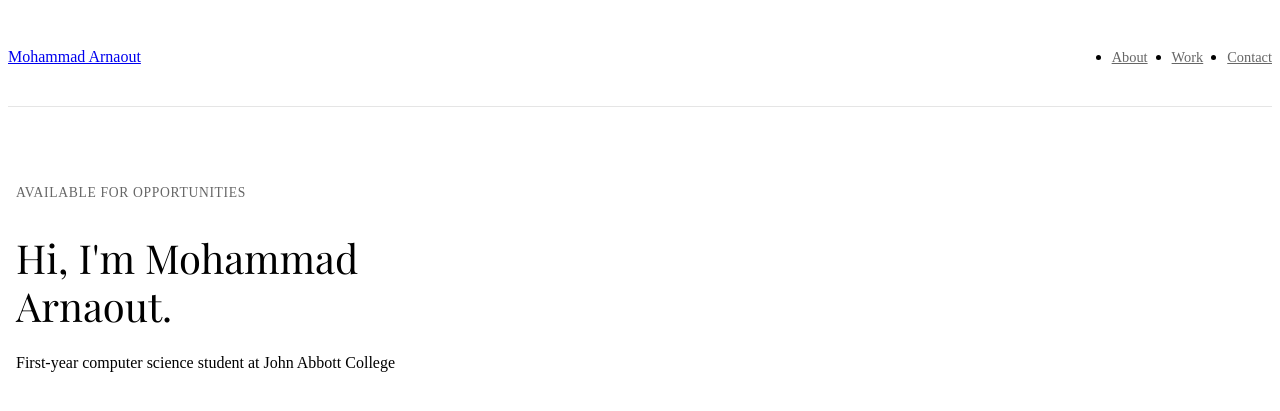
Repository: Moh-Arna/Moh-Arna
Page: index.html
The author's editor kept a copy of each file at every save. The page is drawn from the files as they stood at one save, then again after the next save.
The browser window is 1280 px wide. The pictures show the whole page.

Above is the page before, as saved 2026-04-22 09:56:13.

After the next save:
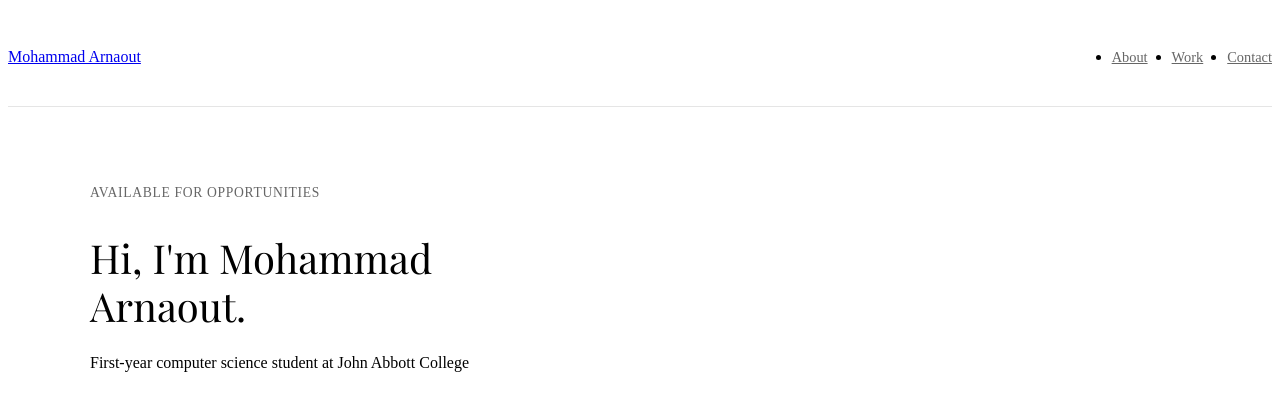
Saved 50 s later.
--- a/styles/globals.css
+++ b/styles/globals.css
@@ -26,3 +26,9 @@ h1, h2, h3{
     font-weight: 400;
     line-height: 1.2;
 }
+
+.container{
+    max-width: 1100px;
+    margin: 0 auto;
+    padding: 0 1.5rem;
+}
